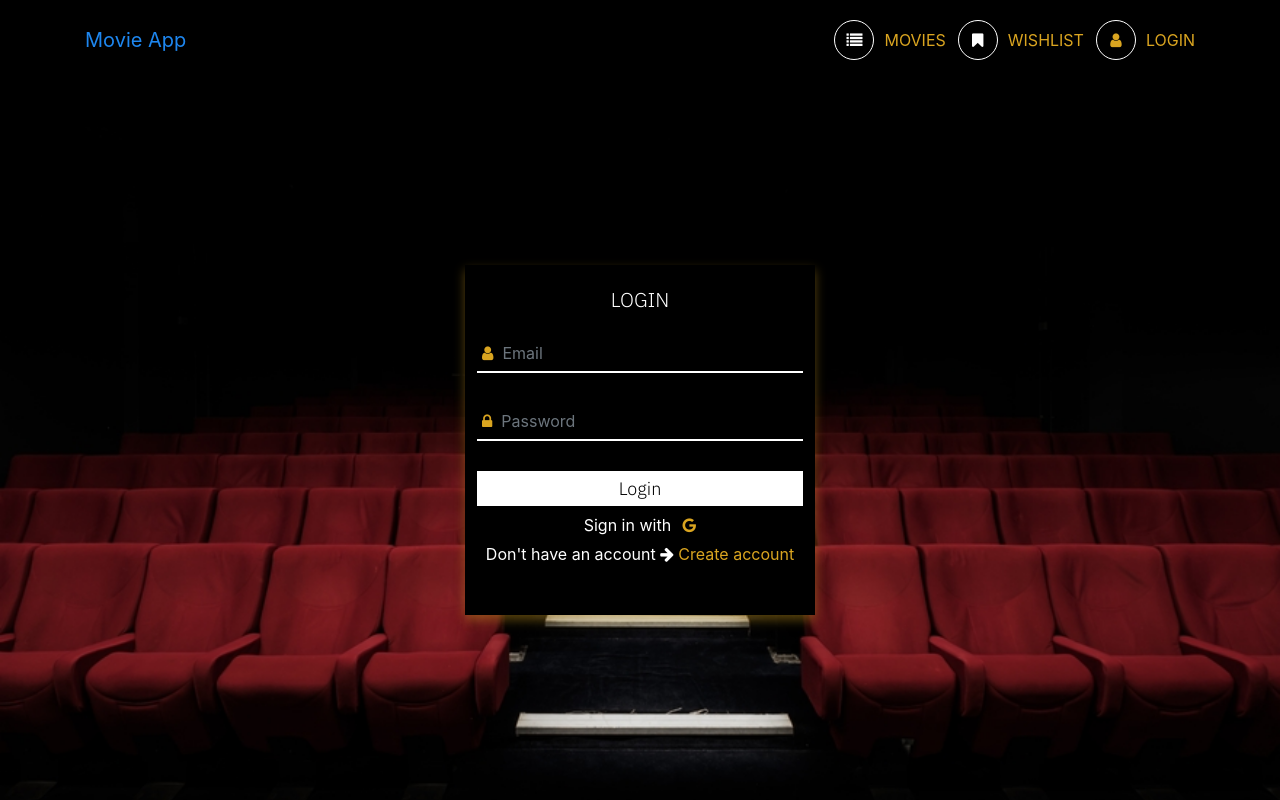
Repository: latenightsnacc/movie-db-app
Page: movie.html
These files come from the project's save history. The page is drawn as it stood at one moment and after the next save; the edit follows.
The browser window is 1280 px wide. The pictures show the whole page.
The style sheet was rebuilt from its Sass, Less or Tailwind sources for each picture, by a compiler version that may differ from the author's.

Above is the page before, as saved 2020-06-17 13:08:18.
Console error (its wording comes from the project's code and is left out).

### movie.html
<!DOCTYPE html>
<html lang="en">
<head>
    <meta charset="UTF-8">
    <meta name="viewport" content="width=device-width, initial-scale=1.0">
    <!--Bootstrap-->
    <link rel="stylesheet" href="bootstrap-4.4.1-dist/bootstrap-4.4.1-dist/css/bootstrap.min.css">
    <!--Font Awesome-->
    <link rel="stylesheet" href="https://stackpath.bootstrapcdn.com/font-awesome/4.7.0/css/font-awesome.min.css">
    <!--UI kit-->
    <link rel="stylesheet" href="uikit-3.4.6/css/uikit.min.css">
    <!--Custom css-->
    <link rel="stylesheet" href="Stylesheet/stylesheet.css">
    <title>Movie App</title>
</head>
<body>
    <!--Header-->
    <header class="header">
        <div class="container">
            <nav class="nav">
                <!--Logo-->
                <div class="logo">
                    <a class="navbar-brand" href="index.html">Movie App</a>
                </div>
                <!--Navbar Items-->
                <div class="navbar-items">
                    <a class="item" href="index.html">
                        <span class="nav-icon">
                            <i class="fa fa-list"></i>
                        </span>
                        <span class="menu-text">Movies</span>
                    </a>
                    <a class= "item" href="wishlist.html">
                        <span class="nav-icon">
                            <i class="fa fa-bookmark"></i>
                        </span>
                        <span class="menu-text">Wishlist</span>
                    </a>
                    <a class="item active" href="login.html">
                        <span class="nav-icon">
                            <i class="fa fa-user"></i>
                        </span>
                        <span class="menu-text">Login</span>
                    </a>
                </div>
            </nav>
        </div>

    </header>
    <!--Main Body-->
    <main>
        <div class="container">
            <div class="form mx-auto my-auto">
                <form method="" action="">
                    <div class="form-title" id="form-title">Login</div>
                    <div class="form-row">
                        <div class="input-group">
                            <div class="input-group-prepend">
                                <div class="input-group-text">
                                    <i class="fa fa-user"></i>
                                </div>
                            </div>
                            <input type="text" class="form-control" id="inlineFormInputGroupUsername" placeholder="Email">
                        </div>
                    </div>
                    <div class="form-row">
                        <div class="input-group">
                            <div class="input-group-prepend">
                                <div class="input-group-text">
                                    <i class="fa fa-lock"></i>
                                </div>
                            </div>
                            <input type="text" class="form-control" id="inlineFormInputGroupUsername" placeholder="Password">
                        </div>
                    </div>
                    <div class="form-row login">
                        <input type="submit" value="Login" />
                        <div class="login-icons">Sign in with <a href="#"><i class="fa fa-google"></i></a></div>
                        <p>Don't have an account <i class="fa fa-arrow-right"></i><a href="signUp.html"> Create account</a></p>
                    </div>
                </form>
            </div>
        </div>
    </main>
    <!--Scripts-->
    <script src="bootstrap-4.4.1-dist/bootstrap-4.4.1-dist/js/bootstrap.min.js"></script>
    <script src="uikit-3.4.6/js/uikit.min.js"></script>
</body>
</html>

### Stylesheet/stylesheet.scss
@import 'variables';
@import 'animations';
@import 'header';
@import 'hero';
@import 'menu';
@import 'cards';
@import 'footer';
@import 'login';

*{
    margin: 0;
    padding: 0;
    list-style: none;
    text-decoration: none;
    outline: none;
}

body{
    background-image: $bg-Img;
    overflow-x: hidden;
    min-height: 100vh;
    background-size: cover;
    background-repeat: no-repeat;
    background-position: center;
}

.main {
    width: 100vw;
}
.row {
    margin: 20px 0px;
}

### Stylesheet/_variables.scss
@import url('https://fonts.googleapis.com/css2?family=IBM+Plex+Sans:wght@300;700&display=swap');

$font: 'IBM Plex Sans', sans-serif;
$bg-Img: url("/bg.jpg");
$transparent-bg: rgba(black, 0.5);
$dark: black;
$light: #fff;
$golden: #DAA520;
$box-shadow: 0 5px 10px rgba($golden,0.4);
// $box-shadow: 0 5px 15px rgba(#DAA520, 0.08);
$btn-shadow: 2px 20px 25px -15px rgba(0, 0, 0, 0.54);

### Stylesheet/_animations.scss
@keyframes animateOpacity {
    0% {
      opacity: 0;
    }
    100% {
      opacity: 1;
    }
  }

  @keyframes animateScale {
    0% {
      transform: scale(1.1);
    }
    100% {
      transform: scale(1);
    }
  }


  @keyframes pulse {
    from {
      transform: scale3d(1, 1, 1);
    }

    50% {
      transform: scale3d(1.05, 1.05, 1.05);
    }

    to {
      transform: scale3d(1, 1, 1);
    }
  }


  @-webkit-keyframes fadeIn {
    from {
      opacity: 0;
    }

    to {
      opacity: 1;
    }
  }

  @keyframes fadeIn {
    from {
      opacity: 0;
    }

    to {
      opacity: 1;
    }
  }

  .fadeIn {
    -webkit-animation-name: fadeIn;
    animation-name: fadeIn;
  }

  .animated {
    -webkit-animation-duration: 1s;
    animation-duration: 1s;
    -webkit-animation-fill-mode: both;
    animation-fill-mode: both;
  }

### Stylesheet/header.scss
@import 'variables';

.header {
    .nav{
        width: 100%;
        background-color: $dark;
        display: flex;
        align-items: center;
        justify-content: space-between;
        padding: 20px 0px;

        .navbar-items {
            display: flex;

            a.item{
                display: flex;
                align-items: center;
                margin-left: 12px;
                color: $golden;
                text-transform: uppercase;

                span.nav-icon{
                    color: $light;

                    .fa {
                        color: $light;
                        height: 40px;
                        width: 40px;
                        display: flex;
                        justify-content: center;
                        align-items: center;
                        border: 1px solid $light;
                        border-radius: 50%;
                    }
                }
                span.menu-text {
                    color: $golden !important;
                    padding-left: 10px;
                }

                &:hover{
                    text-decoration: none !important;
                    span.nav-icon{
                        color: $golden;

                        .fa{
                            color: golden;
                        }
                    }
                }

            }
            a.item.active {
                span.nav-icon{
                    color: $golden !important;

                    .fa{
                        color:$golden !important;
                    }
                }
            }
        }
    }

}

@media screen and (max-width: 600px){
    .header {
        .nav{
            justify-content: space-between;
            padding: 20px 0px;

            .navbar-items {
                display: flex;

                a.item{
                    display: flex;
                    align-items: center;
                    margin-left: 12px;
                    color: $golden !important;

                    span.nav-icon{
                        color: $golden;
                        .fa {
                            color: $golden !important;
                            height: 40px;
                            width: 40px;
                            display: flex;
                            justify-content: center;
                            align-items: center;
                            border: 1px solid $light;
                            border-radius: 50%;
                        }

                        &:hover {
                            transform: scale(1.2);
                            .fa {
                                border: 1px solid $golden;
                            }
                        }
                    }
                    span.menu-text {
                        display: none;
                    }

                }
            }
        }

    }
}

### Stylesheet/hero.scss
@import 'variables';

.hero-slide {
    position: relative;

    .dark-img {
        background-image: url("/images/bright.jpg");
        background-repeat: no-repeat;
        background-size: cover;
        height: 100%;
        width: 100%;
    }

    img {
        background-image: linear-gradient(rgba(0,0,0, 0.5));
    }
    .movie-features {
        position: absolute;
        top: 40%;
        left: 10%;

        .title {
            color: $light;
            font-weight: 700;
            font-family: $font;
            font-size: 80px;
            line-height: 100px;
        }
        dd {
            color: $light;
            line-height: 20px;
            font-family: $font;
            font-weight: 300;
        }
        .stars {
            *{
                color: $golden;
                font-size: 50px;
                line-height: 60px;
                box-shadow: $box-shadow;
            }
        }
    }

}

### Stylesheet/menu.scss
@import 'variables';

.filterMenu {
    background-color: $transparent-bg;

    .menuList {
        display: flex;
        width: 100%;
        justify-content: space-around;
        padding: 20px 0px;

        li {
            a {
                color: $light;
                font-family: $font;
                font-size: 20px;
                border: 1px solid $light;
                padding: 10px;
                border-radius: 3px;

                &:hover {
                    text-decoration: none;
                }

                &.active{
                    color: $golden;
                    border: 1px solid $golden;
                    font-weight: 500;
                }
            }

        }

    }

}

### Stylesheet/cards.scss
@import 'variables';

.card {
    background-color: $dark;
    box-shadow: $box-shadow;
    border: 1px solid $transparent-bg;
    height: auto;
    border-radius: 0px;
    width: 200px;

    .card-img{
        height: 300px;
        width: 200px;

        img{
            height: 100%;
            width: 100%;
        }
    }


    .card-content {
        // display: flex;
        // justify-content: space-between;
        width: 100%;
        // padding-top: 10px;



        .movie-content{
            position: relative;
            padding-left: 10px;
            .wishlist-btn {
                top: 10px;
                right: 10px;
                position: absolute;
                height: 40px;
                width: 40px;
                display: flex;
                justify-content: center;
                align-items: center;
                border-radius: 50%;
                padding: 5px;
                border: 1px solid $golden;
                .fa {
                    color: $light;
                }
            }
            .movie-title{
                padding-top: 15px;
                color: $light;
            }
            p{
                color: $light;
                font-size: 13px;

            }
        }

        span.card-rating {
            position: absolute;
            left: 7px;
            top: 7px;
            height: 40px;
            width: 40px;
            margin-right: 5px;
            display: flex;
            justify-content: center;
            align-items: center;
            border-radius: 50%;
            padding: 5px;
            border: 1px solid $golden;
            color: $golden;
            background-color: $dark;

        }
    }

    &:hover {
        transform: translateY();
    }
}

### Stylesheet/login.scss
@import 'variables';

.form {
    height: 100vh;
    display: flex;
    align-items: center;
    justify-content: center;

    form {
        padding: 10px;
        background-color: $dark;
        box-shadow: $box-shadow;
        border: 2px solid $dark;
        display: flex;
        flex-direction: column;
        justify-content: center;
        height: 350px;
        width: 350px;

        .form-title {
            font-size: 20px;
            font-family: $font;
            line-height: 40px;
            text-transform: uppercase;
            color: $light;
            text-align: center;
            font-weight: 500;
        }

        .form-row {
            margin: 15px 0px;

            .form-control, .input-group-text {
                background-color: $transparent-bg;
                border: 0;
                border-bottom: 2px solid $light;
                border-radius: 0;
                color: $light;
                padding: 2px 5px;

                &:focus-within {
                    border: 0;
                    outline: none;
                    outline-color: $transparent-bg !important;
                    border-radius: 0;
                }
            }
            .input-group-text {
                color: $golden;
            }

        }
        .login {
            display: flex;
            flex-direction: column;
            align-items: center;
            justify-content: center;

            input[type="submit"]{
                background-color: $light;
                color: $dark;
                width: 100%;
                border: 2px solid $light;
                font-weight: 500;
                font-family: $font;
                padding: 2px;
                font-size: 18px;
            }
            .login-icons {
                color: $light;
                padding-top: 7px;

                a{
                    .fa {
                        padding-left: 7px;
                        color: $golden;
                    }

                    &:hover {
                        text-decoration: none;
                        transform: scale(1.1);
                    }
                }


            }

            p {
                margin-top: 0;
                padding-top: 5px;
                color: $light;
                    a{
                        color: $golden;
                        text-decoration: none;

                        &:hover {
                            text-decoration: none;
                        }
                    }
            }
        }
    }
}

Loaded but not shown: bootstrap-4.4.1-dist/bootstrap-4.4.1-dist/css/bootstrap.min.css (library); uikit-3.4.6/css/uikit.min.css (library); bootstrap-4.4.1-dist/bootstrap-4.4.1-dist/js/bootstrap.min.js (library); uikit-3.4.6/js/uikit.min.js (library); Stylesheet/footer.scss (common file)

After the next save:
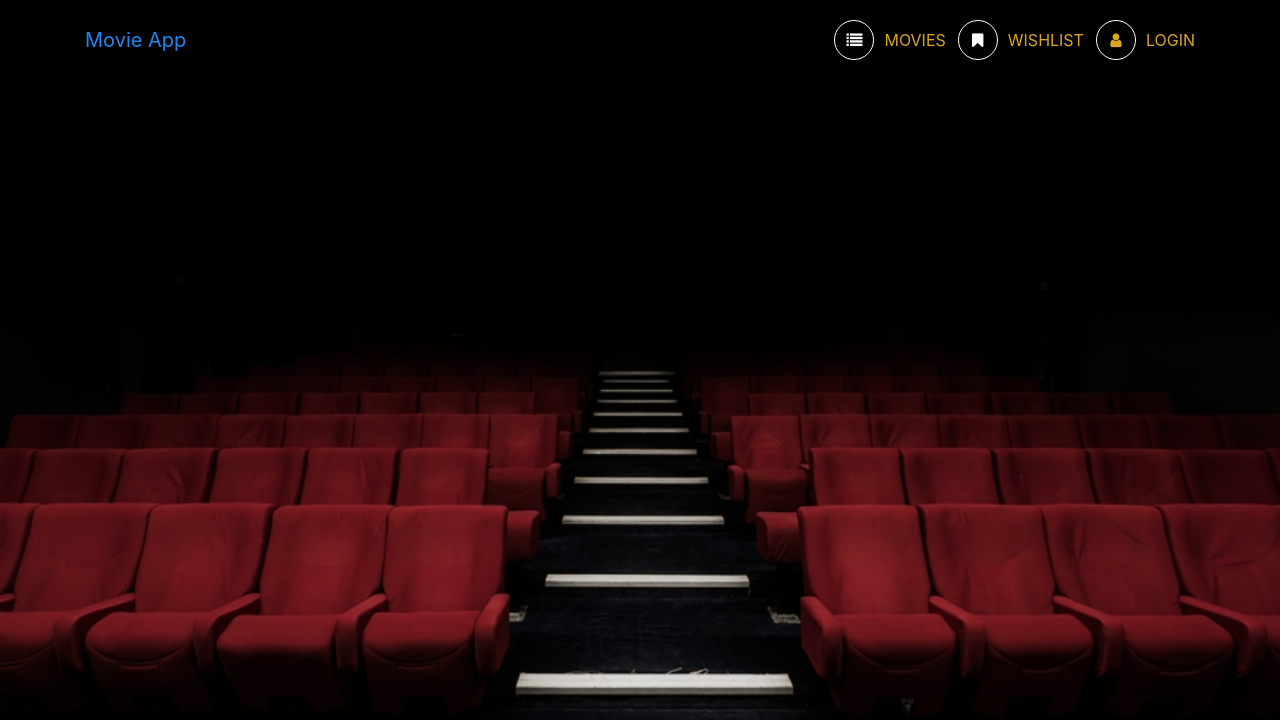
Saved 114 s later.
--- a/movie.html
+++ b/movie.html
@@ -49,38 +49,7 @@
     </header>
     <!--Main Body-->
     <main>
-        <div class="container">
-            <div class="form mx-auto my-auto">
-                <form method="" action="">
-                    <div class="form-title" id="form-title">Login</div>
-                    <div class="form-row">
-                        <div class="input-group">
-                            <div class="input-group-prepend">
-                                <div class="input-group-text">
-                                    <i class="fa fa-user"></i>
-                                </div>
-                            </div>
-                            <input type="text" class="form-control" id="inlineFormInputGroupUsername" placeholder="Email">
-                        </div>
-                    </div>
-                    <div class="form-row">
-                        <div class="input-group">
-                            <div class="input-group-prepend">
-                                <div class="input-group-text">
-                                    <i class="fa fa-lock"></i>
-                                </div>
-                            </div>
-                            <input type="text" class="form-control" id="inlineFormInputGroupUsername" placeholder="Password">
-                        </div>
-                    </div>
-                    <div class="form-row login">
-                        <input type="submit" value="Login" />
-                        <div class="login-icons">Sign in with <a href="#"><i class="fa fa-google"></i></a></div>
-                        <p>Don't have an account <i class="fa fa-arrow-right"></i><a href="signUp.html"> Create account</a></p>
-                    </div>
-                </form>
-            </div>
-        </div>
+
     </main>
     <!--Scripts-->
     <script src="bootstrap-4.4.1-dist/bootstrap-4.4.1-dist/js/bootstrap.min.js"></script>
